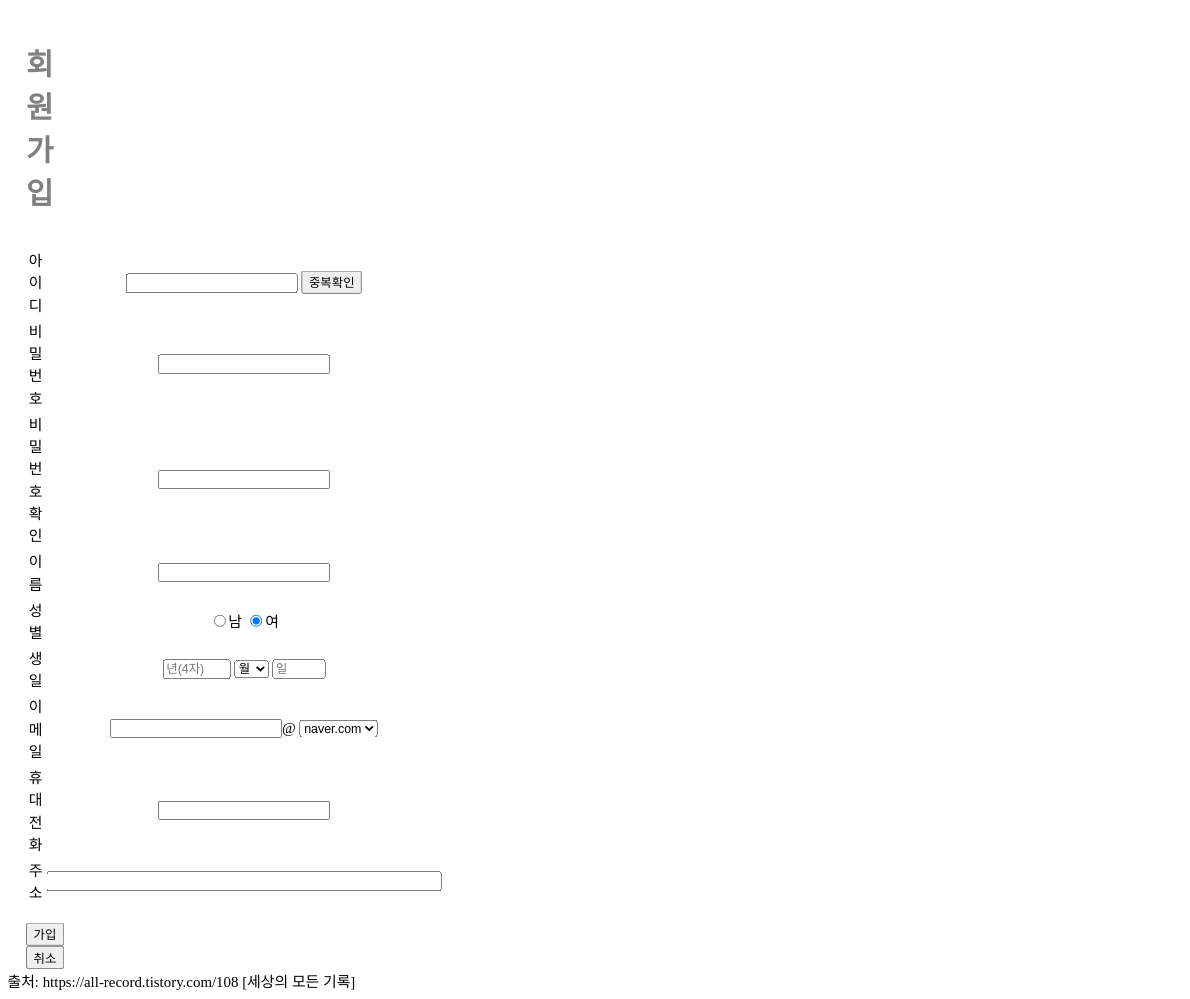
Repository: yoojisoo/YONSAI
Page: http://localhost/teatJava/html/join.jsp
An editor plug-in stored every save of this project. The page is shown before and after the next save, followed by the edit.
The browser window is 1280 px wide. The pictures show the whole page, at 93% of full size.
The page is served by Tomcat 9.

Above is the page before, as saved 2021-08-20 06:40:03.

### jsworkspace/teatJava/src/main/webapp/html/join.jsp
<%@ page language="java" contentType="text/html; charset=UTF-8"
    pageEncoding="UTF-8"%>
<!DOCTYPE html>
<html>
<head>
<meta charset="UTF-8">
<title>회원가입</title>
<script src="../js/jquery-3.6.0.js"></script> <!--제이쿼리라이브러리-->
<script>
	$(document).ready(function(){
	        $("#join").css({
	        "width":"20px",
            "margin-left":"20px",
            "margin-right":"20px",
            "text-align":"center"
	        })
	});

</script>
</head>
<body>
    <div id="join">
        <br><br>
        <b><font size="6" color="gray">회원가입</font></b>
        <br><br><br>

        <form>
            <table>
                <tr>
                    <td id="title">아이디</td>
                    <td>
                        <input type="text" name="id" maxlength="20">
                        <input type="button" value="중복확인" >
                    </td>
                </tr>

                <tr>
                    <td id="title">비밀번호</td>
                    <td>
                        <input type="password" name="password" maxlength="15">
                    </td>
                </tr>

                <tr>
                    <td id="title">비밀번호 확인</td>
                    <td>
                        <input type="password" name="password" maxlength="15">
                    </td>
                </tr>

                <tr>
                    <td id="title">이름</td>
                    <td>
                        <input type="text" name="name" maxlength="40">
                    </td>
                </tr>

                <tr>
                    <td id="title">성별</td>
                    <td>
                        <input type="radio" name="gender" value="남" checked>남
                        <input type="radio" name="gender" value="여" checked>여
                    </td>
                </tr>

                <tr>
                    <td id="title">생일</td>
                    <td>
                        <input type="text" name="birth_yy" maxlength="4" placeholder="년(4자)" size="6" >
                        <select name="birth_mm">
                            <option value="">월</option>
                            <option value="01" >1</option>
                            <option value="02" >2</option>
                            <option value="03" >3</option>
                            <option value="04" >4</option>
                            <option value="05" >5</option>
                            <option value="06" >6</option>
                            <option value="07" >7</option>
                            <option value="08" >8</option>
                            <option value="09" >9</option>
                            <option value="10" >10</option>
                            <option value="11" >11</option>
                            <option value="12" >12</option>
                        </select>
                        <input type="text" name="birth_dd" maxlength="2" placeholder="일" size="4" >
                    </td>
                </tr>

                <tr>
                    <td id="title">이메일</td>
                    <td>
                        <input type="text" name="email_1" maxlength="30">@
                        <select name="email_2">
                            <option>naver.com</option>
                            <option>daum.net</option>
                            <option>gmail.com</option>
                            <option>nate.com</option>
                        </select>
                    </td>
                </tr>

                <tr>
                    <td id="title">휴대전화</td>
                    <td>
                        <input type="text" name="phone" />
                    </td>
                </tr>
                <tr>
                    <td id="title">주소</td>
                    <td>
                        <input type="text" size="50" name="address"/>
                    </td>
                </tr>
            </table>
            <br>
            <input type="submit" value="가입"/>  <input type="button" value="취소">
        </form>
    </div>
</body>
</html>


출처: https://all-record.tistory.com/108 [세상의 모든 기록]

</body>
</html>

Loaded but not shown: jsworkspace/teatJava/src/main/webapp/js/jquery-3.6.0.js (library)

After the next save:
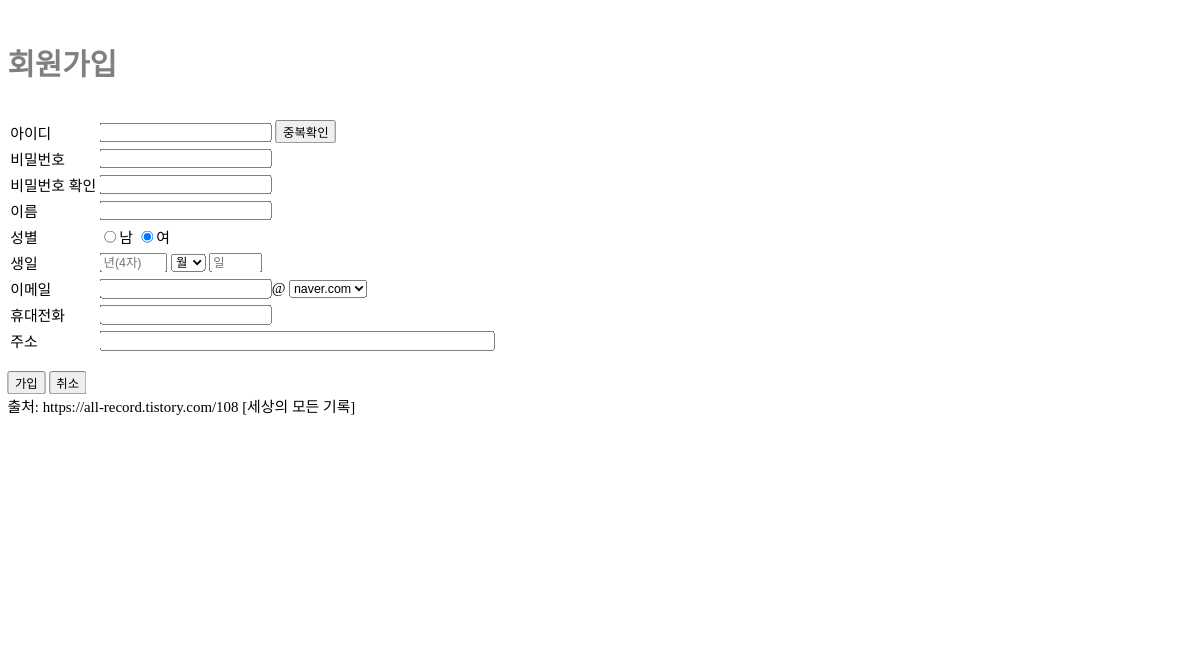
Console error: SyntaxError: Unexpected token '}'
Saved 8 s later.
--- a/jsworkspace/teatJava/src/main/webapp/html/join.jsp
+++ b/jsworkspace/teatJava/src/main/webapp/html/join.jsp
@@ -8,11 +8,11 @@
 <script src="../js/jquery-3.6.0.js"></script> <!--제이쿼리라이브러리-->
 <script>
 	$(document).ready(function(){
-	        $("#join").css({
-	        "width":"20px",
-            "margin-left":"20px",
-            "margin-right":"20px",
-            "text-align":"center"
+// 	        $("#join").css({
+// 	        "width":"20px",
+//             "margin-left":"20px",
+//             "margin-right":"20px",
+//             "text-align":"center"
 	        })
 	});
 

After the 2 saves that followed:
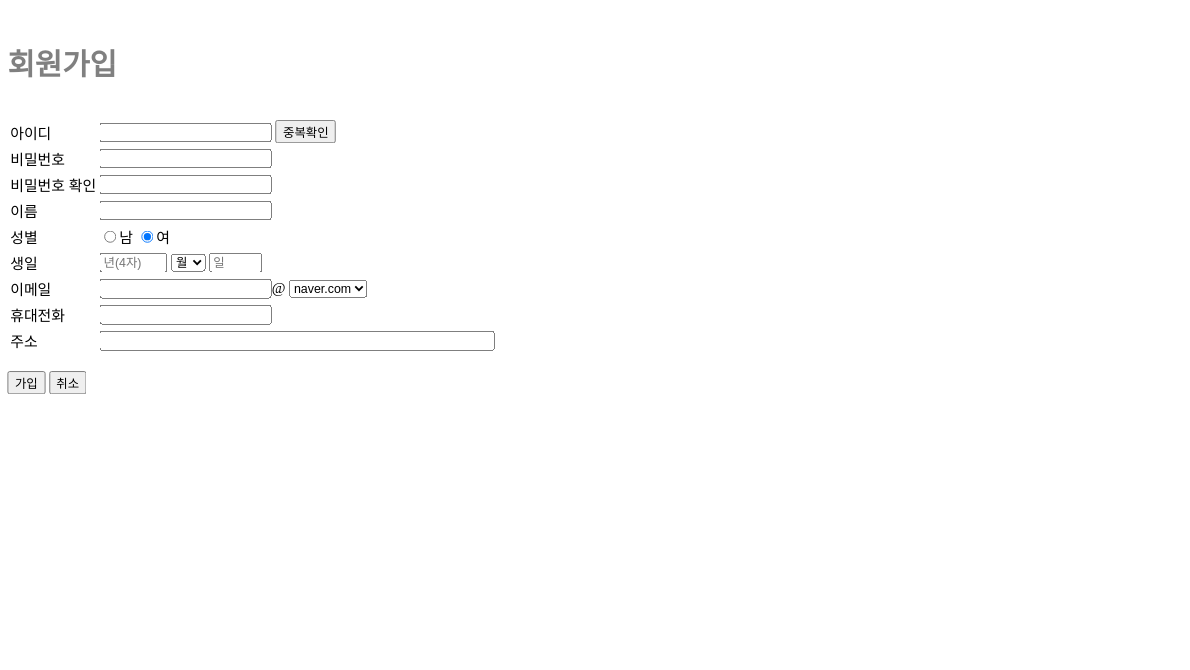
The error is gone.
The 2 saves are shown as one change because 1 left the picture as it was.
The last was saved 29 s later.
--- a/jsworkspace/teatJava/src/main/webapp/html/join.jsp
+++ b/jsworkspace/teatJava/src/main/webapp/html/join.jsp
@@ -8,11 +8,8 @@
 <script src="../js/jquery-3.6.0.js"></script> <!--제이쿼리라이브러리-->
 <script>
 	$(document).ready(function(){
-// 	        $("#join").css({
-// 	        "width":"20px",
-//             "margin-left":"20px",
-//             "margin-right":"20px",
-//             "text-align":"center"
+	        $("#join").css({
+
 	        })
 	});
 
@@ -120,7 +117,6 @@
 </html>
 
 
-출처: https://all-record.tistory.com/108 [세상의 모든 기록]
 
 </body>
 </html>
